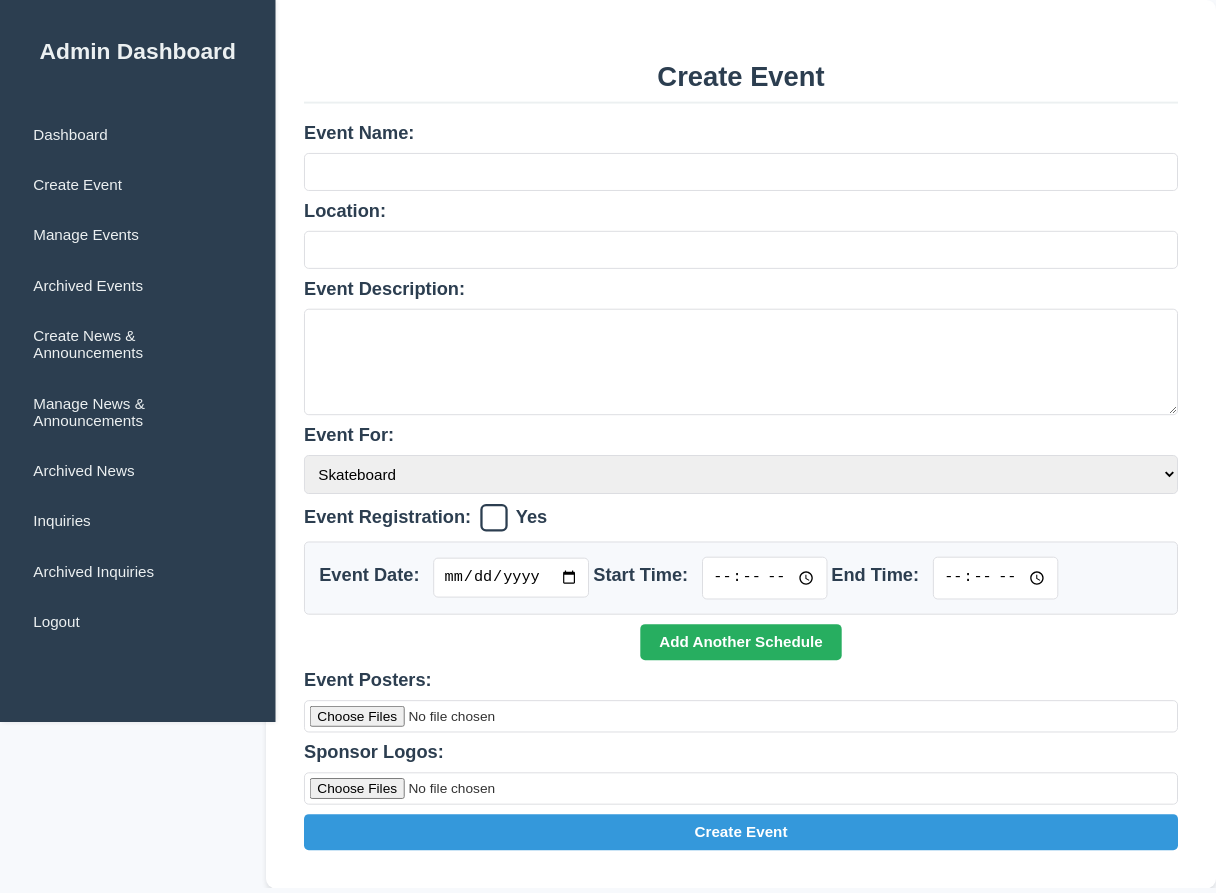
Repository: KharonKade/Capstone
Page: http://localhost/admin.html
The author's editor kept a copy of each file at every save. The page is drawn from the files as they stood at one save, then again after the next save.
The browser window is 1280 px wide. The pictures show the whole page, at 95% of full size.
The page is run by PHP 8.4 with error messages shown; the project is at /var/www/html/.

Above is the page before, as saved 2025-04-01 13:23:37.

After the next save:
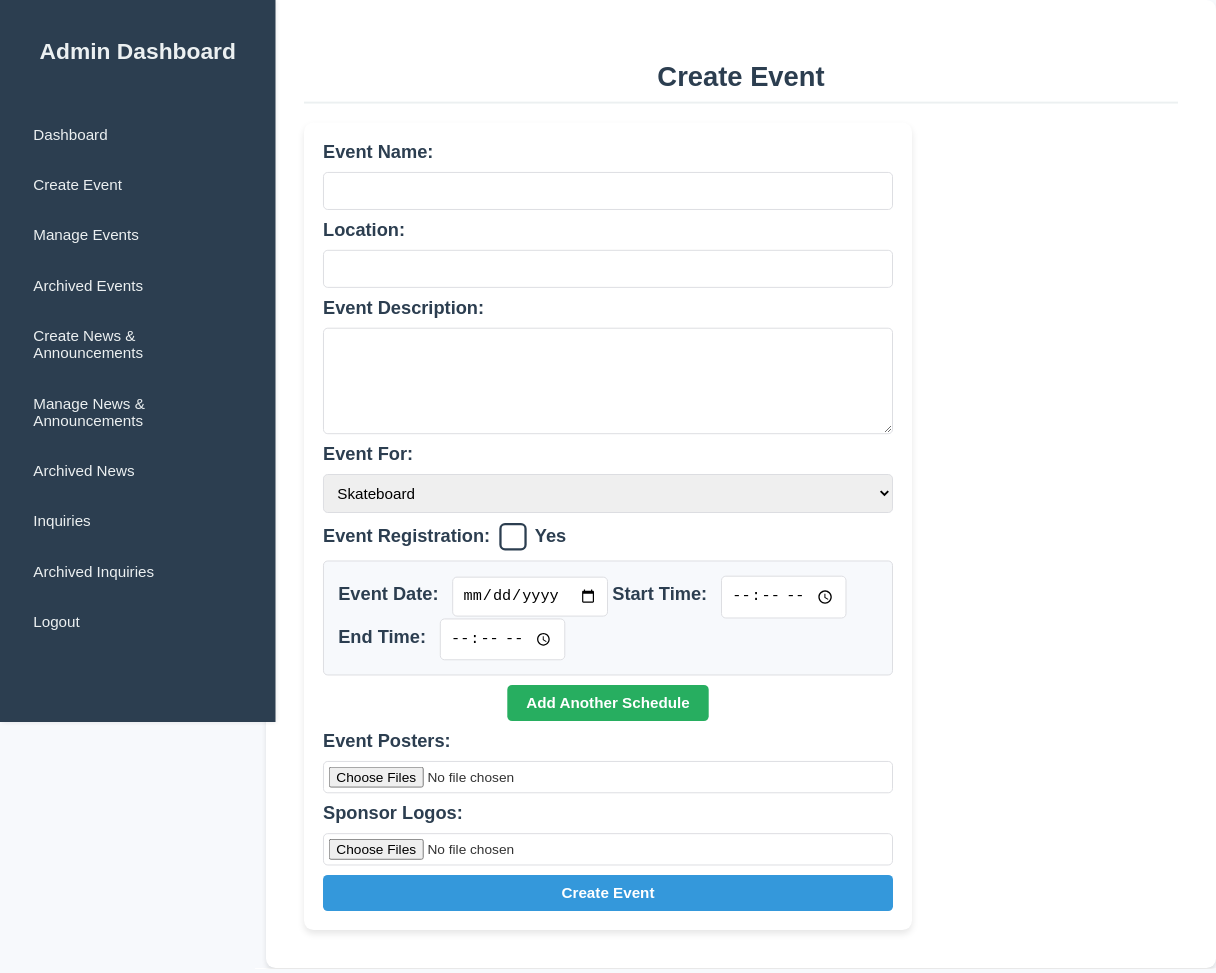
Saved 12 s later.
--- a/Css/admin.css
+++ b/Css/admin.css
@@ -84,11 +84,15 @@ body {
 
 form {
     display: flex;
-    flex-direction:column;
-    justify-content: center;
+    flex-direction: column;
     gap: 10px;
     margin-top: 10px;
-    max-width: 1000px;
+    max-width: 600px; /* Adjust width */
+    width: 100%;
+    background: white;
+    padding: 20px;
+    border-radius: 10px;
+    box-shadow: 0 4px 8px rgba(0, 0, 0, 0.1);
 }
 
 form label {
